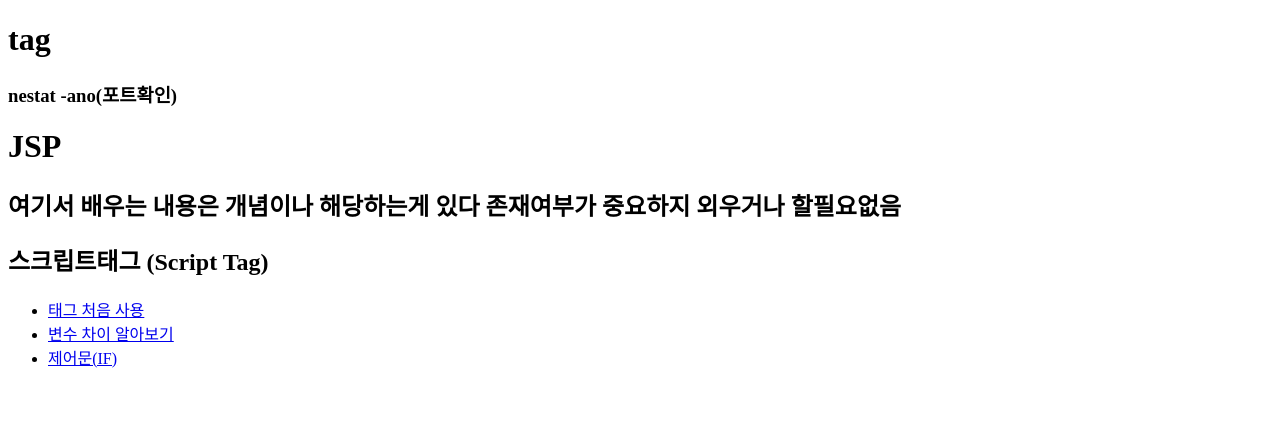
Repository: SanctusAlbino/Jsp_Servlet
Page: http://localhost/03.Tag/
An editor plug-in stored every save of this project. The page is shown before and after the next save, followed by the edit.
The browser window is 1280 px wide. The pictures show the whole page.
The page is served by Tomcat 9.

Above is the page before, as saved 2023-05-19 01:49:46.

### 03.Tag/src/main/webapp/index.html
<!DOCTYPE html>
<html>
<head>
<meta charset="UTF-8">
<title>Insert title here</title>
</head>
<body>
	<h1>tag</h1>
	<h3>nestat -ano(포트확인)</h3>

	<h1>JSP</h1>
	<h2>여기서 배우는 내용은 개념이나 해당하는게 있다 존재여부가 중요하지 외우거나 할필요없음</h2>
	<h2>스크립트태그 (Script Tag)</h2>

	<ul>
		<li><a href="01.Script/Ex00Into.jsp">태그 처음 사용</a></li>
		<li><a href="01.Script/Ex01Var.jsp">변수 차이 알아보기</a></li>
		<li><a href="01.Script/Ex02If.jsp">제어문(IF)</a></li>
	</ul>



</body>
</html>

After the next save:
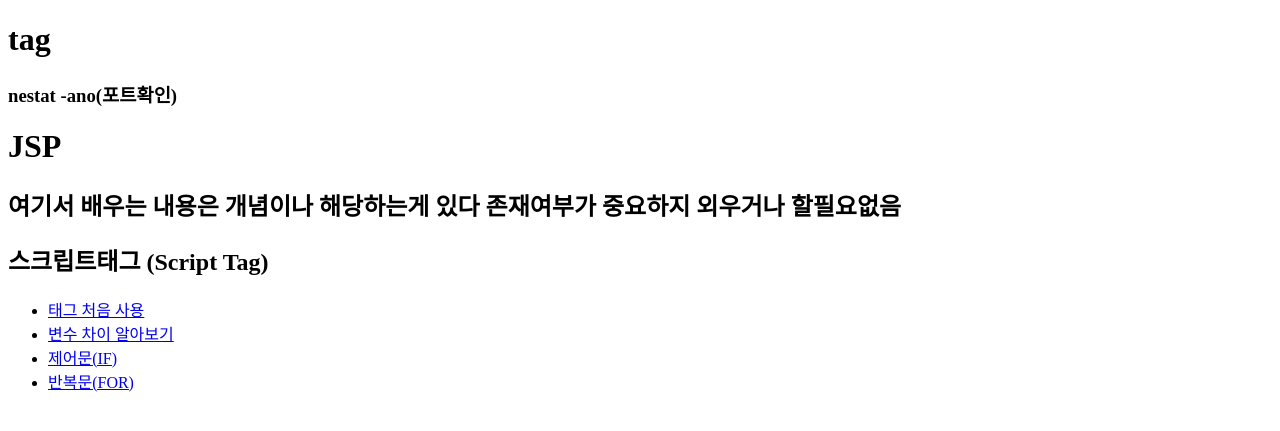
Saved 3 min 31 s later.
--- a/03.Tag/src/main/webapp/index.html
+++ b/03.Tag/src/main/webapp/index.html
@@ -16,6 +16,7 @@
 		<li><a href="01.Script/Ex00Into.jsp">태그 처음 사용</a></li>
 		<li><a href="01.Script/Ex01Var.jsp">변수 차이 알아보기</a></li>
 		<li><a href="01.Script/Ex02If.jsp">제어문(IF)</a></li>
+		<li><a href="01.Script/Ex03For.jsp">반복문(FOR)</a></li>
 	</ul>
 
 
